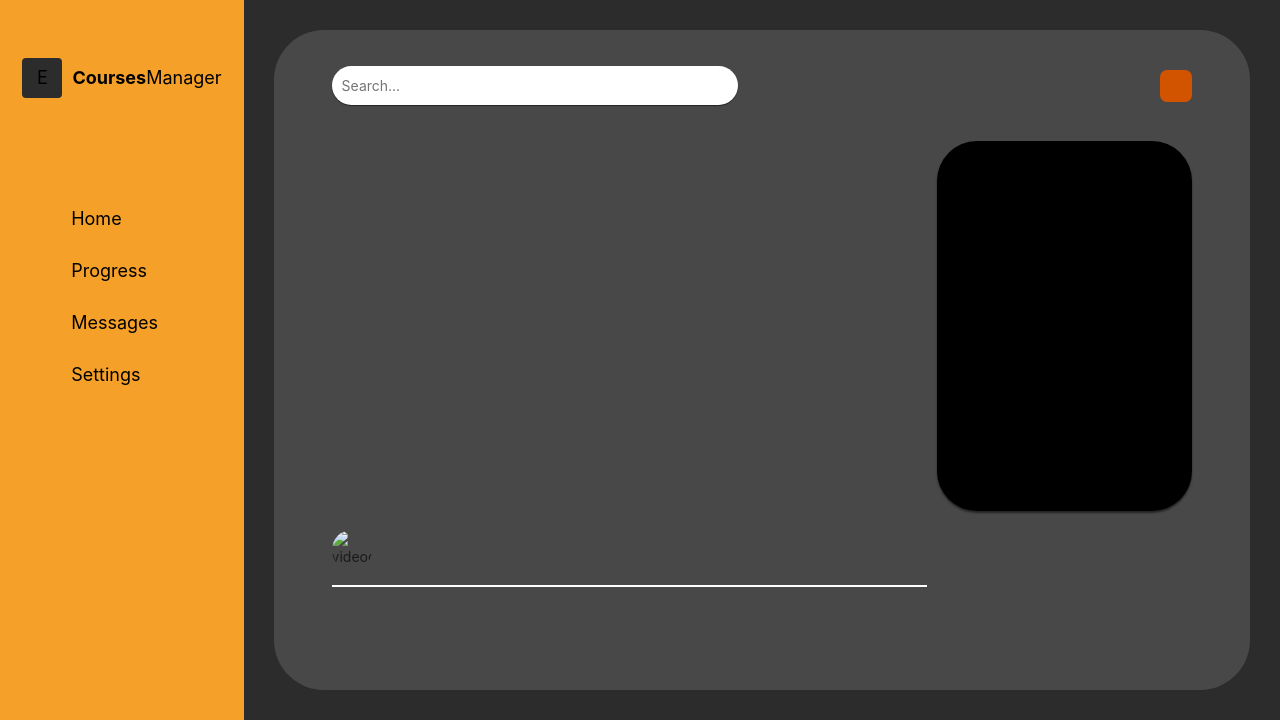
Repository: huynhnt1406/coursestorage
Page: /videodetail/1 (app in coursestorage/)
The author's editor kept a copy of each file at every save. The page is drawn from the files as they stood at one save, then again after the next save.
The browser window is 1280 px wide. The pictures show the whole page.
The page's requests for data from a server got no answer. The project was rebuilt for these pictures with package versions that can differ from the ones it lists, and the page was loaded fresh each time. No one was signed in, and anything a server would have sent is missing. Also part of the build but not shown: coursestorage/src/components/ListItems.vue, coursestorage/src/components/VideoList.vue, coursestorage/src/smallcomponents/Messages.vue, coursestorage/src/smallcomponents/Progress.vue, coursestorage/src/smallcomponents/Settings.vue.

Above is the page before, as saved 2021-05-02 09:49:42.

### coursestorage/src/main.js
import Vue from 'vue'
import App from './App.vue'
import 'ant-design-vue/dist/antd.css'
import Antd from 'ant-design-vue';
import router from './router/index';
import store from './stores/index'
Vue.config.productionTip = false
Vue.use(Antd);
new Vue({
  router,
  store,
  render: h => h(App),
}).$mount('#app')

### coursestorage/src/App.vue
<template>
  <div class="container">
    <div class="sidebar">
      <Sidebar/>
    </div>
    <div class="main">
      <SearchBar/>
      <router-view/>
    </div>
  </div>
</template>

<script>
import Sidebar from './components/Sidebar'
import SearchBar from './components/SearchBar'
export default {
  components:{
    Sidebar,
    SearchBar,
  }
}
</script>

<style>
*{
  margin:0
}
.container{
  background-color:#2C2C2C;
  min-height: 100vh;
  display: flex;
}
.main{
  flex:0.8;
  background-color:#484848;
  margin:30px;
  border-radius: 50px;
}
</style>

### coursestorage/src/router/index.js
import Vue from 'vue'
import VueRouter from 'vue-router'
import VideoList from '../components/VideoList'
import Messages from '../smallcomponents/Messages'
import Progress from '../smallcomponents/Progress'
import Settings from '../smallcomponents/Settings'
import VideoDetail from '../smallcomponents/VideoDetail'
Vue.use(VueRouter)
const routes = [
    {
        path:'/',
        name:'VideoList',
        component:VideoList
    },
    {
        path:'/progress',
        name:'Progress',
        component:Progress
    },
    {
        path:'/messages',
        name:'Messages',
        component:Messages
    },
    {
        path:'/settings',
        name:'Settings',
        component:Settings
    },
    {
        path:'/videodetail/:id',
        name:'VideoDetail',
        component:VideoDetail,
        props:true
    }
]
export default new VueRouter({
    routes,
    mode:'history'
})

### coursestorage/src/stores/index.js
import Vue from 'vue'
import Vuex from 'vuex'
import videolists from './modules/videolists'
Vue.use(Vuex)

export default new Vuex.Store({
    modules:{
        videolists
    }
})

### coursestorage/src/components/Sidebar.vue
<template>
  <div class="sidebar">
      <div class="sidebar-header">
          <a-avatar shape="square" size="large" style="backgroundColor:#2C2C2C ; marginRight:10px">E</a-avatar>
          <span><strong>Courses</strong>Manager</span>
      </div>
      <div class="sidebar-links">
          <div class="link">
              <a-icon style="color:#484848 " type="appstore"/>
              <router-link class="sidebar-link" to="/"><span>Home</span></router-link>
          </div>
           <div class="link">
               <a-icon style="color:#484848 " type="bar-chart" />
               <router-link class="sidebar-link" to="/progress"><span>Progress</span></router-link>
          </div>
           <div class="link">
                <a-icon style="color:#484848 " type="message" />
                <router-link class="sidebar-link" to="/messages">

                <span>Messages</span></router-link>
          </div>
           <div class="link">
                <a-icon style="color:#484848 ; opacity:0.7" type="setting" />
                <router-link class="sidebar-link" to="/settings"><span>Settings</span></router-link>
          </div>
      </div>
  </div>
</template>

<script>
export default {

}
</script>

<style>
.sidebar{
    flex:0.2;
    background-color:#F5A028;
}
.sidebar-header{
    display: flex;
    align-items: center;
    justify-content: center;
    padding-top:8vh;
    padding-left:2vh;
    padding-right:2vh;
    padding-bottom:5vh;
}
.sidebar-header span{
    color:BLACK;
    font-size: large;
}
.sidebar-links{
    padding:8.5vh;
}
.link{
    display: flex;
    margin-bottom:5px;
    align-items: center;
    padding:10px 0 10px 0;
    color:BLACK;
}
.sidebar-link{
    color:BLACK;
    font-size: 18px;
}
.sidebar-link:focus{
    color:#d35400;
}
.link span{
    margin-left:10px;
}
.link:hover{
    color:#d35400;
    cursor: pointer;
}
</style>

### coursestorage/src/components/SearchBar.vue
<template>
  <div class="searchbar">
    <div class="search-tool">
        <a-icon type="search"  />
        <input type="text" placeholder="Search..." >
    </div>
    <div class="icons">
        <a-avatar shape="square" icon="user" type="user" style="color:black ;backgroundColor:transparent; border-radius:7px "  />
        <a-avatar shape="square" style="backgroundColor:#d35400 ;border-radius:7px " icon="fire" />
    </div>
  </div>
</template>

<script>
export default {

}
</script>

<style>
.searchbar{
    padding:5vh 8vh 5vh 8vh;
    display: flex;
    justify-content: space-between;
    align-items: center;
    flex:1;
}
.search-tool {
    background-color: white;
    box-shadow: 0 1px 1px rgba(0,0,0,.5);
    padding:8px;
    flex:0.5;
    border-radius: 20px;
}
.search-tool input{
    width: 50%;
    background-color: transparent;
    border:none;
    outline:none;
}
</style>

### coursestorage/src/smallcomponents/VideoDetail.vue
<template>
    <div class="video-detail">
        <div class="video-actions">
            <div class="video-left">
                <iframe height="370px" width="100%" :src="videodata.videoLink" frameborder="0"></iframe>
                <div class="video-stats">
                    <div class="stats-left">
                        <img :src="videodata.avatarUrl" alt="videodata.name">
                        <span>{{videodata.channelName}}</span>
                    </div>
                    <div class="stats-rights">
                        <div class="button">
                            <a-icon style="margin-right:5px ; color:white; font-weight:bold" type="like" />
                            <span>{{videodata.numLike}}</span>
                        </div>
                        <div class="button">
                            <a-icon style="margin-right:5px ; color:white; font-weight:bold" type="dislike" />
                            <span>{{videodata.numDislike}}</span>
                        </div>
                        <div style="margin-right:5px ; color:white; font-weight:bold" class="button">
                            <a-icon type="share-alt" />
                        </div>
                    </div>
                </div>
            </div>
            <div class="video-right">
                <h2>Comments</h2>
            </div>
        </div>
        <div class="video-subtitle">
            <h3>{{videodata.name}}</h3>
        </div>
    </div>
</template>

<script>
import axios from 'axios'
export default {
    props:{
        id:Number
    },
    data(){
        return{
            videodata:{
                id:'',
                name:'',
                numLike:'',
                numDislike:'',
                avatarUrl:'',
                videoLink:'',
                channelName:''
            }
        }
    },
    created(){
        axios.get(`http://localhost:3000/videolists/${this.id}`)
            .then(res => this.videodata = res.data)
    }
}
</script>

<style>
.video-actions{
    display: flex;
}
.video-left{
    flex:0.7;
}
.video-detail{
    margin-left: 8vh;
    margin-right: 8vh;
}
.stats-left img{
    height: 40px;
    width: 40px;
    border-radius: 50%;
}
.stats-left{
    display: flex;
    align-items: center;
}
.stats-rights{
    display: flex;
    align-items: center;
}
.video-stats{
    display: flex;
    justify-content: space-between;
    align-items: center;
    padding-top:2vh;
    padding-bottom: 2vh;
    border-bottom: 2px solid white;
}
.button{
    margin-left:3vh;
}
.video-left iframe {
    border-radius: 40px;
}
.stats-left span{
    font-weight: 700;
    color:white;
    font-size: 16px;
    margin-left:10px;
}
.button span{
    font-weight: 500;
    color:white;
    font-size: 15px;

}
.video-subtitle h3{
    margin-top: 2vh;
    color:white;
}
.video-right{
    height: 370px;
    flex:0.3;
    margin-left:10px;
    border-radius: 40px;
    box-shadow: 0 2px 2px rgba(0,0,0,.5);
    background-color: black;
}
.video-right h3{
    color:#F5A028;
}
.video-right h2{
    padding:5px 15px 5px 15px;
    border-bottom: 2px solid black;
    margin:5px;
}
</style>

### coursestorage/src/stores/modules/videolists.js
const state = {
    videolists:[
        {
            id:1,
            name:"Laravel 8 REST API With Sanctum Authentication",
            minutes:'54:14',
            avatarUrl:'https://yt3.ggpht.com/ytc/AAUvwng963DN2_MIbKuvMWRrN4KG920h3Y4YHg6KET9vZg=s176-c-k-c0x00ffffff-no-rj',
            thumnailUrl:'https://i.ytimg.com/vi/MT-GJQIY3EU/maxresdefault.jpg',
            channelName:'Traversy Media',
        },
        {
            id:2,
            name:"Node.js and Express.js - Full Course",
            minutes:'8:16:47',
            avatarUrl:'https://yt3.ggpht.com/ytc/AAUvwnifaQZvAunS0OFb2y_cieoVjLCVjqQW8Exf3BC1gg=s176-c-k-c0x00ffffff-no-rj',
            thumnailUrl:'https://i.ytimg.com/vi/Oe421EPjeBE/maxresdefault.jpg',
            channelName:'freeCodeCamp.org',
        },
        {
            id:3,
            name:"React JS - React Tutorial for Beginners",
            minutes:'2:25:26',
            avatarUrl:'https://yt3.ggpht.com/ytc/AAUvwnj82Lirw0dg6V5pJWAcWdG22OESyldUcDwAFEqQWg=s176-c-k-c0x00ffffff-no-rj',
            thumnailUrl:'https://i.ytimg.com/vi/Ke90Tje7VS0/maxresdefault.jpg',
            channelName:'Programming with Mosh',
        },
        {
            id:4,
            name:"Vuex Crash Course | State Management",
            minutes:'1:01:18',
            avatarUrl:'https://yt3.ggpht.com/ytc/AAUvwng963DN2_MIbKuvMWRrN4KG920h3Y4YHg6KET9vZg=s176-c-k-c0x00ffffff-no-rj',
            thumnailUrl:'https://i.ytimg.com/vi/5lVQgZzLMHc/maxresdefault.jpg',
            channelName:'Travesy Media',
        }
    ]
}
const getters = {
    allVideos: (state) => state.videolists
}
const actions = {}
const mutations = {}
export default {
    state, getters,actions,mutations
}

Loaded but not shown: coursestorage/public/index.html (common file)

After the next save:
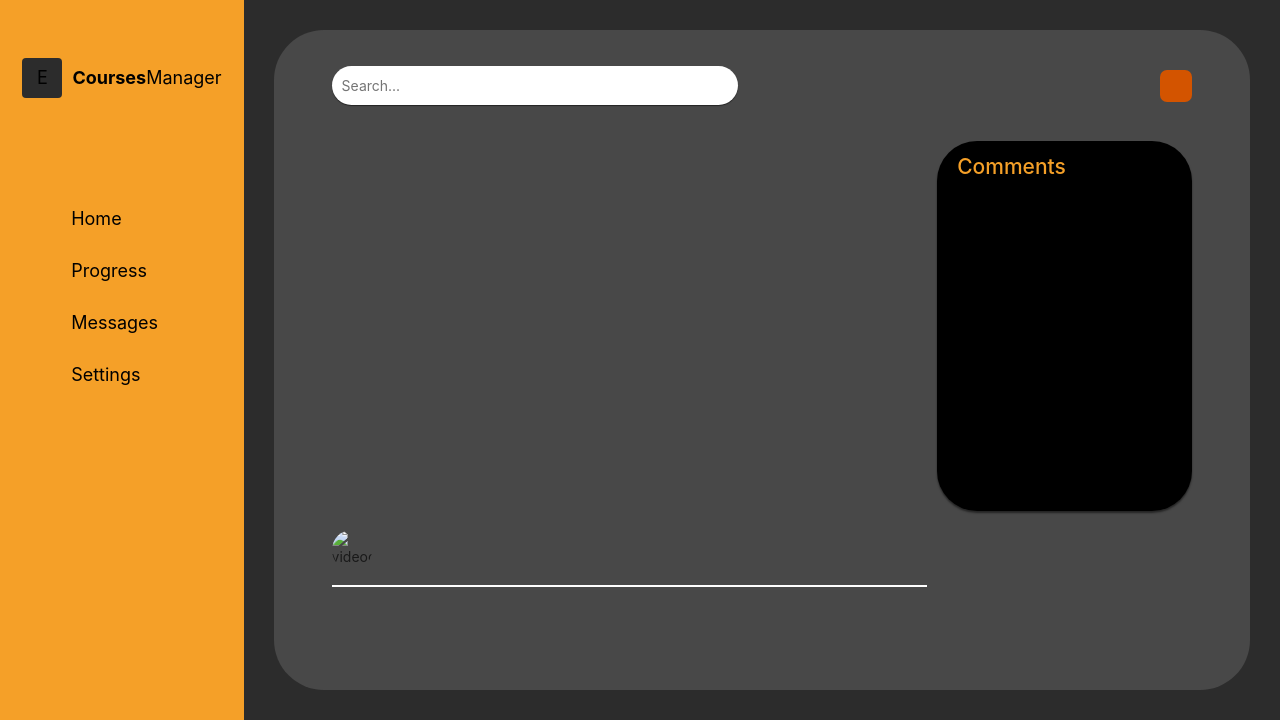
Saved 13 s later.
--- a/coursestorage/src/smallcomponents/VideoDetail.vue
+++ b/coursestorage/src/smallcomponents/VideoDetail.vue
@@ -121,7 +121,7 @@ export default {
     box-shadow: 0 2px 2px rgba(0,0,0,.5);
     background-color: black;
 }
-.video-right h3{
+.video-right h2{
     color:#F5A028;
 }
 .video-right h2{
